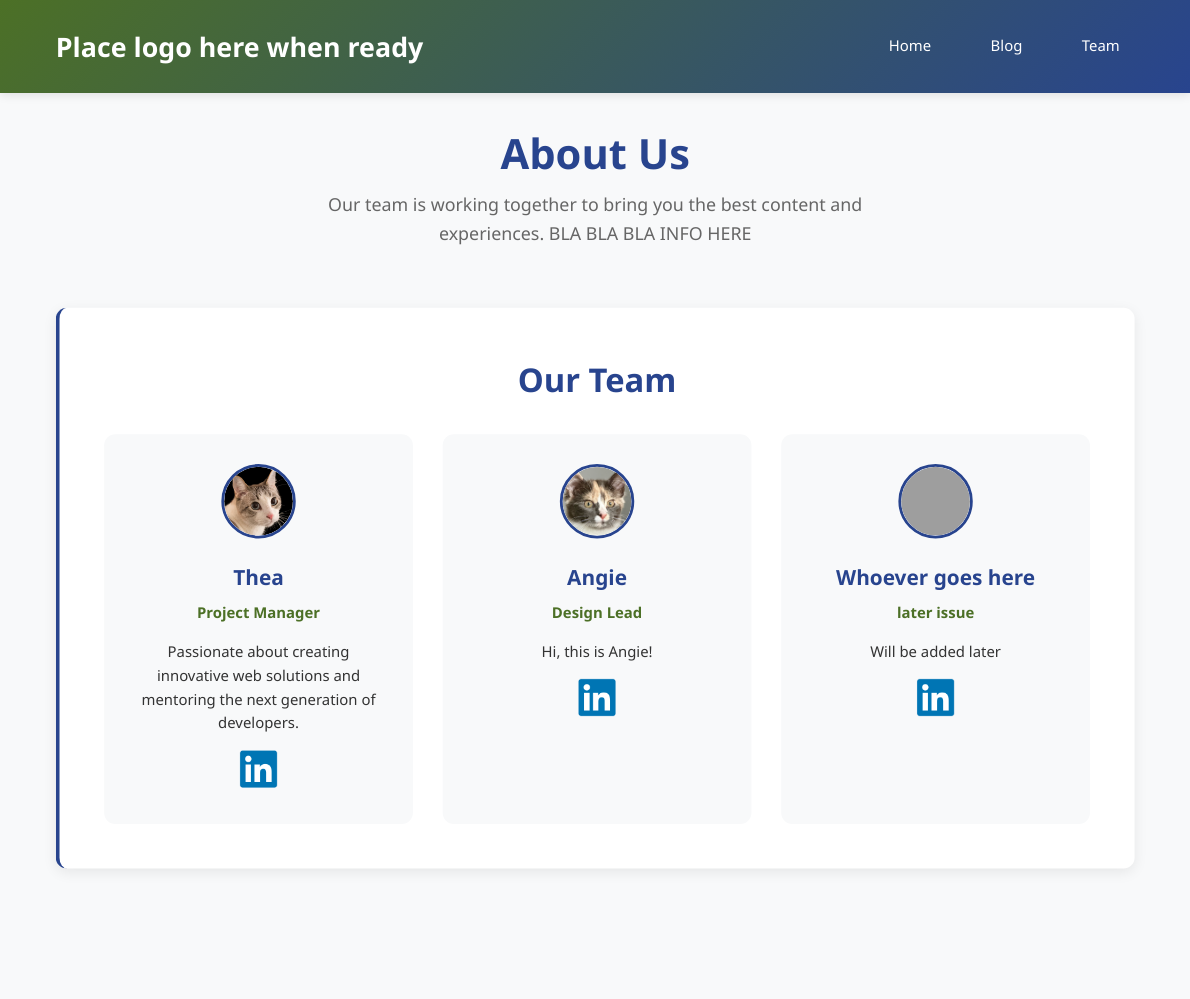
Repository: Bcit-sandy/TandemBlog
Page: /about
These files come from the project's save history. The page is drawn as it stood at one moment and after the next save; the edit follows.
The browser window is 1280 px wide. The pictures show the whole page, at 93% of full size.
Pictures or frames that could not be fetched are drawn as grey boxes. The project was rebuilt for these pictures with package versions that can differ from the ones it lists, and the page was loaded fresh each time. Also part of the build but not shown: vite.config.js, src/pages/Home.css, src/pages/Blog.css, src/pages/Blog.jsx, src/pages/Home.jsx, src/pages/BlogPost.css, src/pages/BlogPost.jsx.

Above is the page before, as saved 2025-10-13 17:27:42.

After the next save:
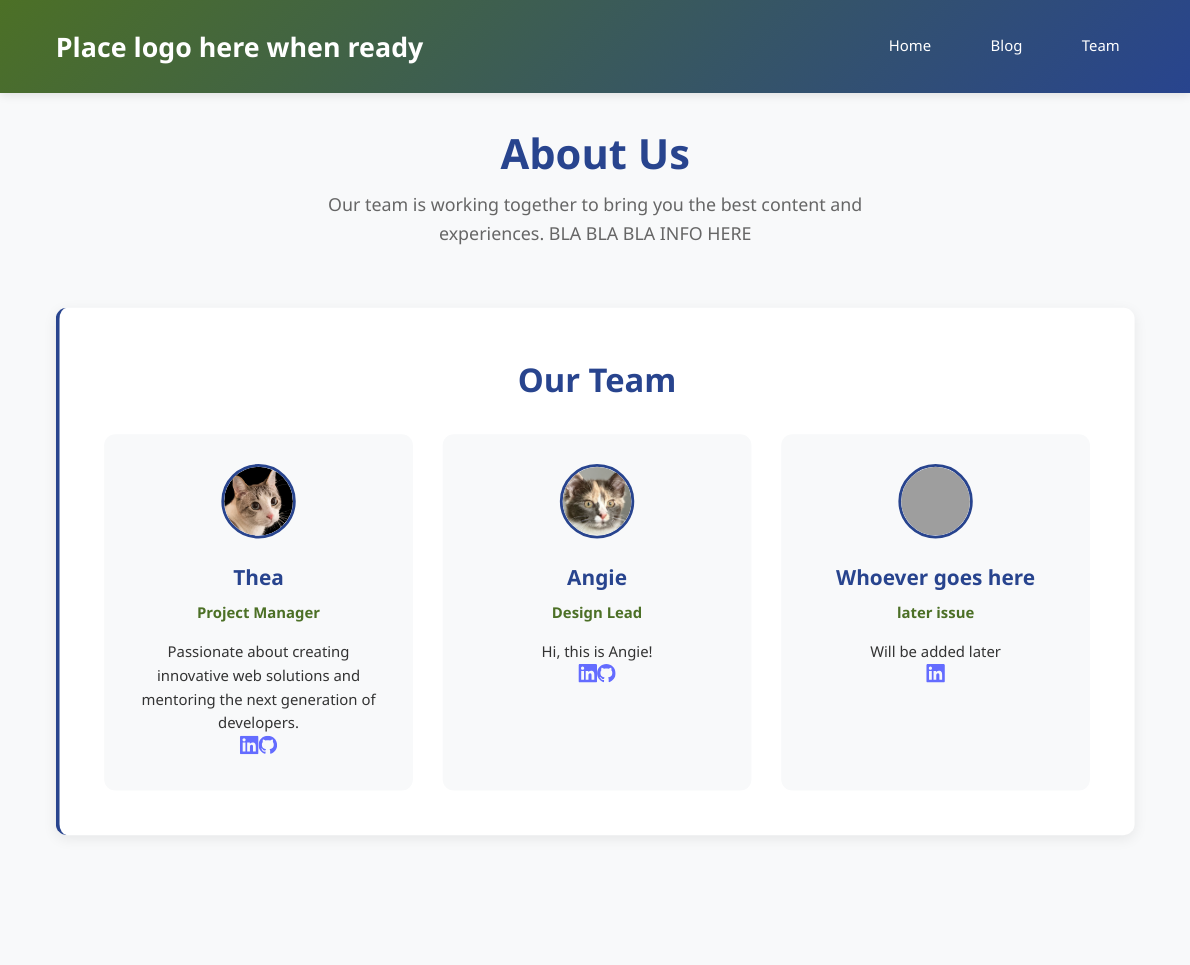
Saved 22 s later.
--- a/src/pages/About.jsx
+++ b/src/pages/About.jsx
@@ -31,7 +31,34 @@ const About = () => {
                   <h3>{member.name}</h3>
                   <p className="role">{member.role}</p>
                   <p>{member.bio}</p>
-                  <img onClick={() => window.open(member.linkedin, '_blank')} className="linkedin-icon" src="../public/Team/linkedin.png" alt={member.name + "'s LinkedIn"} />
+                  <div className="social-links">
+                    {member.linkedin && (
+                      <a
+                        href={member.linkedin}
+                        target="_blank"
+                        rel="noopener noreferrer"
+                        className="social-link linkedin-icon"
+                        aria-label={`${member.name}'s LinkedIn`}
+                      >
+                        <svg width="20" height="20" viewBox="0 0 24 24" fill="currentColor">
+                          <path d="M20.447 20.452h-3.554v-5.569c0-1.328-.027-3.037-1.852-3.037-1.853 0-2.136 1.445-2.136 2.939v5.667H9.351V9h3.414v1.561h.046c.477-.9 1.637-1.85 3.37-1.85 3.601 0 4.267 2.37 4.267 5.455v6.286zM5.337 7.433c-1.144 0-2.063-.926-2.063-2.065 0-1.138.92-2.063 2.063-2.063 1.14 0 2.064.925 2.064 2.063 0 1.139-.925 2.065-2.064 2.065zm1.782 13.019H3.555V9h3.564v11.452zM22.225 0H1.771C.792 0 0 .774 0 1.729v20.542C0 23.227.792 24 1.771 24h20.451C23.2 24 24 23.227 24 22.271V1.729C24 .774 23.2 0 22.222 0h.003z"/>
+                        </svg>
+                      </a>
+                    )}
+                    {member.github && (
+                      <a
+                        href={member.github}
+                        target="_blank"
+                        rel="noopener noreferrer"
+                        className="social-link github-icon"
+                        aria-label={`${member.name}'s GitHub`}
+                      >
+                        <svg width="20" height="20" viewBox="0 0 24 24" fill="currentColor">
+                          <path d="M12 0c-6.626 0-12 5.373-12 12 0 5.302 3.438 9.8 8.207 11.387.599.111.793-.261.793-.577v-2.234c-3.338.726-4.033-1.416-4.033-1.416-.546-1.387-1.333-1.756-1.333-1.756-1.089-.745.083-.729.083-.729 1.205.084 1.839 1.237 1.839 1.237 1.07 1.834 2.807 1.304 3.492.997.107-.775.418-1.305.762-1.604-2.665-.305-5.467-1.334-5.467-5.931 0-1.311.469-2.381 1.236-3.221-.124-.303-.535-1.524.117-3.176 0 0 1.008-.322 3.301 1.23.957-.266 1.983-.399 3.003-.404 1.02.005 2.047.138 3.006.404 2.291-1.552 3.297-1.23 3.297-1.23.653 1.653.242 2.874.118 3.176.77.84 1.235 1.911 1.235 3.221 0 4.609-2.807 5.624-5.479 5.921.43.372.823 1.102.823 2.222v3.293c0 .319.192.694.801.576 4.765-1.589 8.199-6.086 8.199-11.386 0-6.627-5.373-12-12-12z"/>
+                        </svg>
+                      </a>
+                    )}
+                  </div>
                 </div>
               ))}
             </div>
